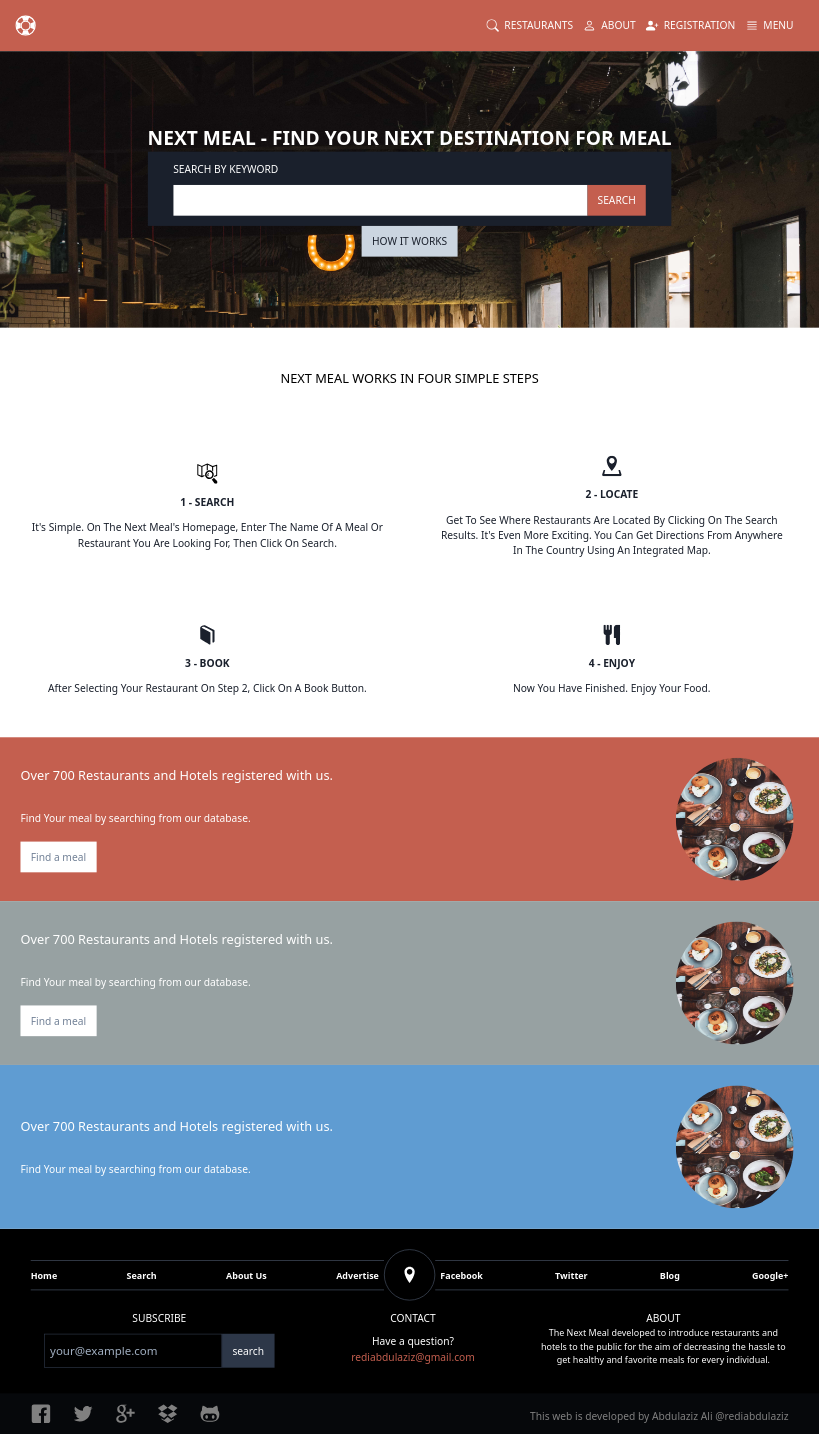
Repository: layzrd/nextmeal
Page: public/index.html
The author's editor kept a copy of each file at every save. The page is drawn from the files as they stood at one save, then again after a run of saves.
The browser window is 1280 px wide. The pictures show the whole page, at 64% of full size.
Some web libraries are served in a nearby version.

Above is the page before, as saved 2020-06-26 18:31:46.

After the next 4 saves:
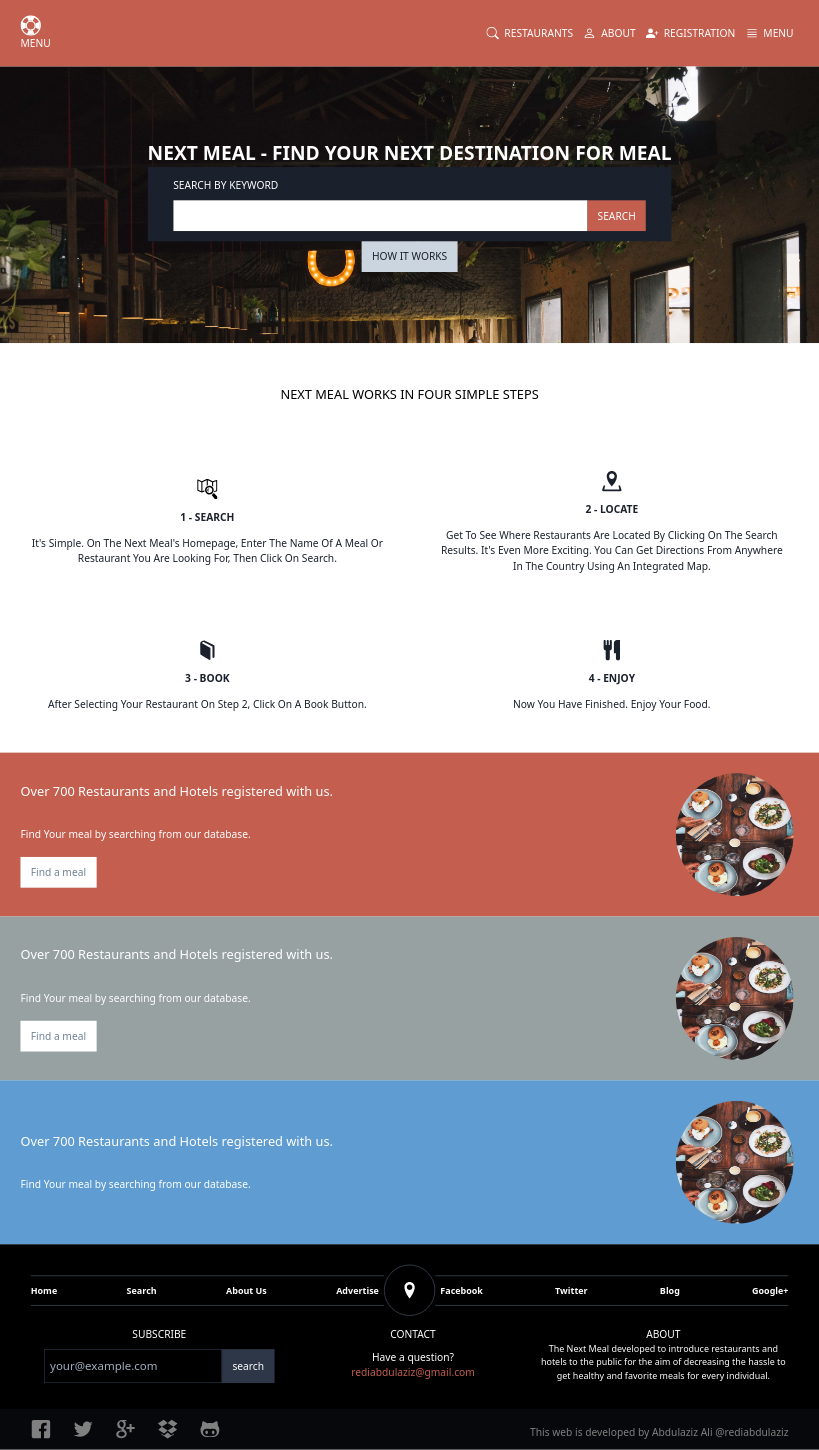
The 4 saves are shown as one change because they came seconds apart.
The last was saved 14 s later.
--- a/public/index.html
+++ b/public/index.html
@@ -13,15 +13,15 @@
     <header class="bg-prime">
       <nav class="flex items-center justify-center md:justify-start lg:justify-between flex-wrap p-6">
         <div class="flex items-center flex-shrink-0 text-white mr-6">
-          <svg class="h-8 w-8 mr-2" viewBox="0 0 16 16" fill="currentColor"
-            xmlns="http://www.w3.org/2000/svg">
-            <path fill-rule="evenodd" d="M8 15A7 7 0 1 0 8 1a7 7 0 0 0 0 14zm0 1A8 8 0 1 0 8 0a8 8 0 0 0 0 16z" />
-            <path fill-rule="evenodd" d="M8 11a3 3 0 1 0 0-6 3 3 0 0 0 0 6zm0 1a4 4 0 1 0 0-8 4 4 0 0 0 0 8z" />
-            <path
-              d="M11.642 6.343L15 5v6l-3.358-1.343A3.99 3.99 0 0 0 12 8a3.99 3.99 0 0 0-.358-1.657zM9.657 4.358L11 1H5l1.343 3.358A3.985 3.985 0 0 1 8 4c.59 0 1.152.128 1.657.358zM4.358 6.343L1 5v6l3.358-1.343A3.985 3.985 0 0 1 4 8c0-.59.128-1.152.358-1.657zm1.985 5.299L5 15h6l-1.343-3.358A3.984 3.984 0 0 1 8 12a3.99 3.99 0 0 1-1.657-.358z" />
-          </svg>
           <a href="index.html" class="ml-2 hidden lg:inline uppercase">
-
+<svg class="h-8 w-8 mr-2" viewBox="0 0 16 16" fill="currentColor" xmlns="http://www.w3.org/2000/svg">
+  <path fill-rule="evenodd" d="M8 15A7 7 0 1 0 8 1a7 7 0 0 0 0 14zm0 1A8 8 0 1 0 8 0a8 8 0 0 0 0 16z" />
+  <path fill-rule="evenodd" d="M8 11a3 3 0 1 0 0-6 3 3 0 0 0 0 6zm0 1a4 4 0 1 0 0-8 4 4 0 0 0 0 8z" />
+  <path
+    d="M11.642 6.343L15 5v6l-3.358-1.343A3.99 3.99 0 0 0 12 8a3.99 3.99 0 0 0-.358-1.657zM9.657 4.358L11 1H5l1.343 3.358A3.985 3.985 0 0 1 8 4c.59 0 1.152.128 1.657.358zM4.358 6.343L1 5v6l3.358-1.343A3.985 3.985 0 0 1 4 8c0-.59.128-1.152.358-1.657zm1.985 5.299L5 15h6l-1.343-3.358A3.984 3.984 0 0 1 8 12a3.99 3.99 0 0 1-1.657-.358z" />
+</svg>
+
+            Menu
           </a>
         </div>
 
